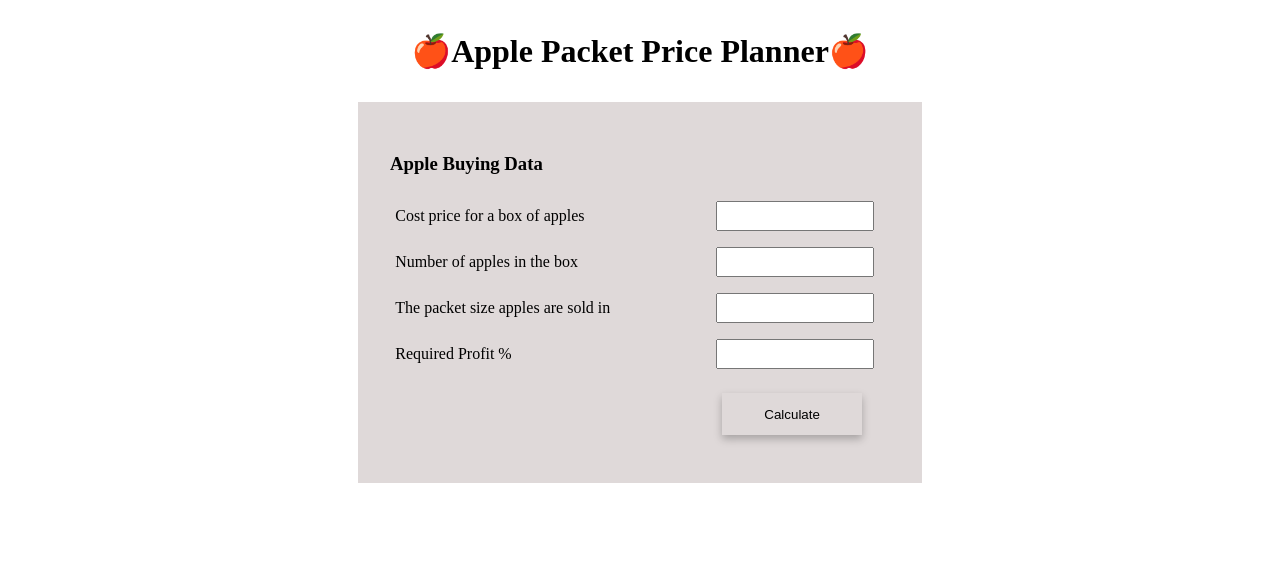
Repository: lasity34/apple-packet-price-planner
Page: index.html
An editor plug-in stored every save of this project. The page is shown before and after the next save, followed by the edit.
The browser window is 1280 px wide. The pictures show the whole page.

Above is the page before, as saved 2023-05-29 11:59:54.

### index.html
<!DOCTYPE html>
<html lang="en">
  <head>
    <meta charset="UTF-8" />
    <meta http-equiv="X-UA-Compatible" content="IE=edge" />
    <meta name="viewport" content="width=device-width, initial-scale=1.0" />
    <title>Apple Packet Price Planner</title>
    <link href="./style.css" rel="stylesheet" />
  </head>
  <body>
    <h1>🍎Apple Packet Price Planner🍎</h1>
    <main>
      <h3>Apple Buying Data</h3>
      <div class="data_input">
      <section class="input_section">
        <div class="input_container">
          <label for="apple_price">Cost price for a box of apples</label><br />
          <input
            type="number"
            id="apple_price"
            name="apple_price"
            required
          /><br />
        </div>
      </section>
      <section class="input_section">
        <div class="input_container">
          <label for="apple_num">Number of apples in the box</label><br />
          <input type="number" id="apple_num" name="apple_num" required /><br />
        </div>
      </section>
      <section class="input_section">
        <div class="input_container">
          <label for="packet_size">The packet size apples are sold in</label><br />
          <input type="number" id="packet_size" name="packet_size" required /><br />
        </div>
      </section>
      <section class="input_section">
        <div class="input_container">
          <label for="profit_required">Required Profit %</label><br />
          <input type="number" id="profit_required" name="profit_required" required /><br />
        </div>
      </section>
      <div class="btn_container">
        <div></div>
        <button class="calculate_btn">Calculate</button>
      </div>
    </div>
    </main>
  </body>
  <script src="./apple-factory.js"></script>
  <script src="./apple-dom.js"></script>
</html>

### style.css

h1 {
    text-align: center;
    margin: 1em;
}

main {
    background-color: rgb(223, 217, 217);
    margin: 0 auto;
    padding: 2em;
    width: 70%;
    max-width: 500px;
}

.input_section {
    padding: 0.5em 0;
}

.input_container {
    display: flex;
    justify-content: space-around;
    height: 30px;
}

.input_container input {
    width: 30%;
}

.input_container label {
    width: 60%;
   align-self: center;
}

.btn_container {
    display: flex;
    justify-content: space-around;
    padding: 1em;

}

.btn_container div {
    width: 60%;
}

.calculate_btn {
    background-color: rgb(223, 217, 217);
    width: 30%;
    padding: 1em;
    border: none;
    box-shadow: 0px 4px 8px rgba(0, 0, 0, 0.25);
}

### apple-factory.js


function apple_factory(price, num, size, profit) {

    let apple_cost_price = price || 0;
    let num_apples = num || 0;
    let packet_size = size || 0;
    let profit_required = profit || 0;

    function apple_price(price) {
        apple_cost_price = price
    }

     function apple_count(num) {
        num_apples = num
     }

     function apple_size(packet) {
        packet_size = packet
     }

     function profit_input(input) {
        profit_required = input
     }

    function apples_price_length() {
        return apple_cost_price
    }

    function apple_count_length() {
        return num_apples
    }

    function apple_size_length() {
        return packet_size
    }

    function profit_required_length() {
        return profit_required
    }

    function number_of_packets() {
        const num_packets = Math.floor( num_apples / packet_size)
        return num_packets
    }

    return {
        apple_price,
        apples_price_length,
        apple_count,
        apple_count_length,
        apple_size,
        apple_size_length,
        profit_input,
        profit_required_length,
        number_of_packets


    }
}

### apple-dom.js
const calculate_btn = document.querySelector(".calculate_btn");
const apple_cost_input = document.getElementById("apple_price").value;
const apple_num_input = document.getElementById("apple_num").value;
const packet_size_input = document.getElementById("packet_size").value;
const profit_required_input = document.getElementById("profit_required").value;




const apple_fact = apple_factory(apple_cost_input, apple_num_input, packet_size_input, profit_required_input);

function apple_dom() {



}

calculate_btn.addEventListener("click", apple_dom);

After the next save:
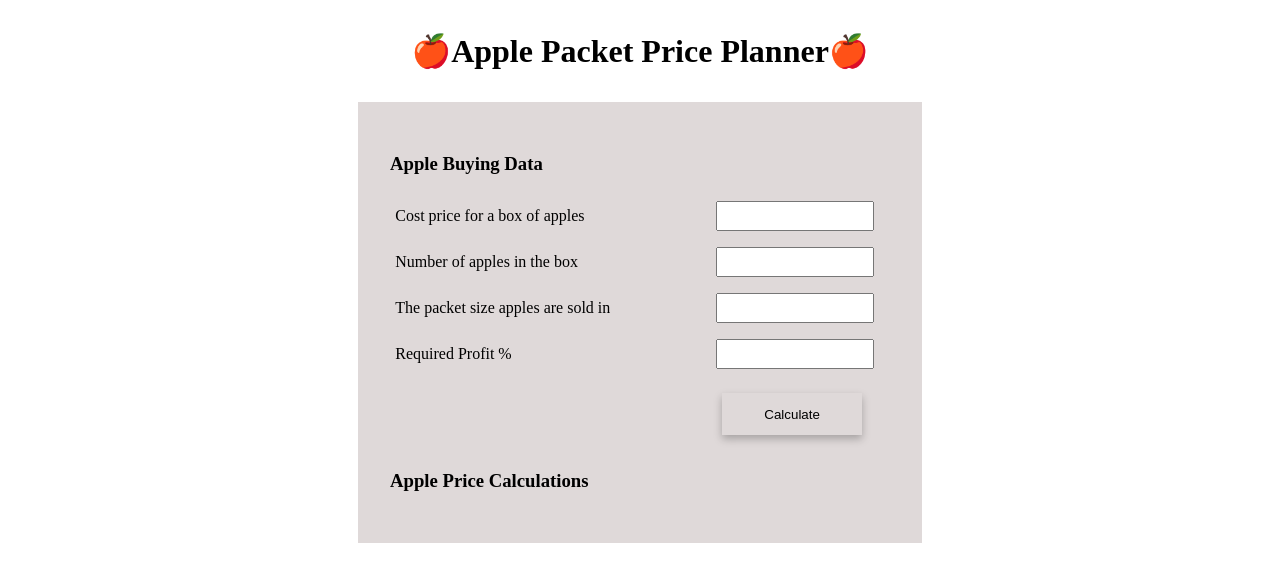
Saved 2 min 51 s later.
--- a/index.html
+++ b/index.html
@@ -46,6 +46,9 @@
         <button class="calculate_btn">Calculate</button>
       </div>
     </div>
+   <section class="data_display">
+    <h3>Apple Price Calculations</h3>
+   </section>
     </main>
   </body>
   <script src="./apple-factory.js"></script>
